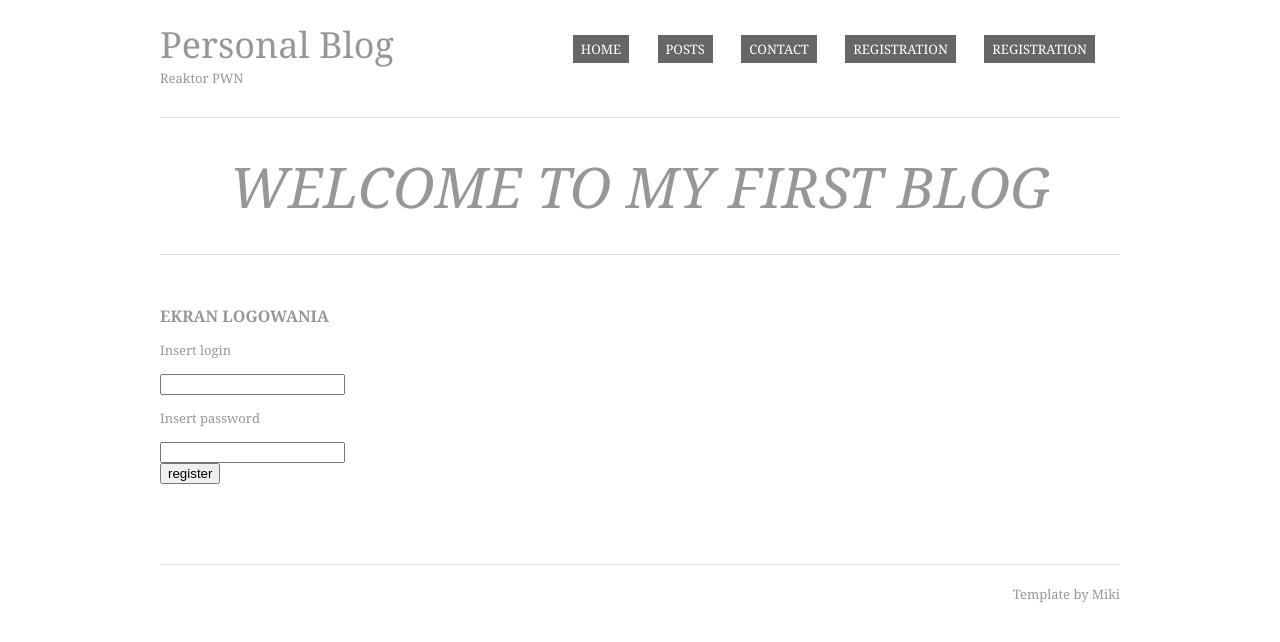
Repository: AnnaPolatynska/SpringCwiczenia
Page: http://localhost/loginForm
An editor plug-in stored every save of this project. The page is shown before and after the next save, followed by the edit.
The browser window is 1280 px wide. The pictures show the whole page.
The page is this project's Thymeleaf template; nobody is signed in. The template is opened directly, without the code that normally fills it, so the values that code supplies are empty.

Above is the page before, as saved 2017-08-30 10:56:11.

### D-MVC-JAR/src/main/resources/templates/loginForm.html
 <!DOCTYPE html>
<html lang="en" dir="ltr" xmlns:th="http://www.thymeleaf.org">
<head>
<title>Save Register</title>
<meta charset="iso-8859-1" />
<link rel="stylesheet" href="layout.css" type="text/css" />
</head>
<body>
<div class="wrapper row1">
  <header id="header" class="clear">
    <div id="hgroup">
      <h1><a href="#">Personal Blog</a></h1>
      <h2>Reaktor PWN</h2>
    </div>
    <nav>
      <ul>
        <li><a href="/">Home</a></li>
        <li><a href="/blog">Posts</a></li>
        <li><a href="/contact">Contact</a></li>
        <li><a href="/registration">Registration</a></li>
         <li><a href="/registration">Registration</a></li>
      </ul>
    </nav>
  </header>
</div>
<!-- content -->
<div class="wrapper row2">
  <div id="container" class="clear">
    <!-- content body -->
    <section id="shout">
      <h1>Welcome to my first Blog</h1>
    </section>
    <!-- main content -->
    <section id="services" class="clear">
      <!-- article 1 -->
 		<h1>Ekran logowania</h1>

 		<form th:action="@{/saveRegister}" method="post" th:object="${reg}">
			<p> Insert login </p>
			<input type="text" th:field="*{login}" /> <br/>
			<p> Insert password </p>
			<input type="text" th:field="*{passwd}"/> <br/>

			<input type="submit" value="register"/>
		</form>

    </section>
    <!-- / content body -->
  </div>
</div>
<!-- footer -->
<div class="wrapper row3">
  <footer id="footer" class="clear">
    <p class="fl_right">Template by Miki</p>
  </footer>
</div>
</body>
</html>

### D-MVC-JAR/src/main/resources/static/layout.css
html{overflow-y:scroll;} /* Forces a scrollbar when the viewport is larger than the websites content - CSS3 */

body{margin:0; padding:0; font-size:13px; font-family:Georgia, "Times New Roman", Times, serif; color:#979797; background-color:#FFFFFF;}

.clear:after{content:"."; display:block; height:0; clear:both; visibility:hidden; line-height:0;}
.clear{display:block; clear:both;}
html[xmlns] .clear{display:block;}
* html .clear{height:1%;}

a{outline:none; text-decoration:none;}

code{font-weight:normal; font-style:normal; font-family:Georgia, "Times New Roman", Times, serif;}

.fl_left{float:left;}
.fl_right{float:right;}

img{margin:0; padding:0; border:none; line-height:normal; vertical-align:middle;}
.imgholder, .imgl, .imgr{padding:4px; border:1px solid #D6D6D6; text-align:center;}
.imgl{float:left; margin:0 15px 15px 0; clear:left;}
.imgr{float:right; margin:0 0 15px 15px; clear:right;}

/*----------------------------------------------HTML 5 Overrides-------------------------------------*/

address, article, aside, figcaption, figure, footer, header, nav, section{display:block; margin:0; padding:0;}

q{display:block; padding:0 10px 8px 10px; color:#979797; background-color:#ECECEC; font-style:italic; line-height:normal;}
q:before{content:'� '; font-size:26px;}
q:after{content:' �'; font-size:26px; line-height:0;}

/* ----------------------------------------------Wrapper-------------------------------------*/

div.wrapper{display:block; width:960px; margin:0 auto; padding:0; text-align:left;}

.row1, .row1 a{color:#979797; background-color:#FFFFFF;}
.row2{color:#979797; background-color:#FFFFFF;}
.row2 a{color:#FF9900; background-color:#FFFFFF;}
.row3{border-top:1px solid #DEDEDE;}
.row3, .row3 a{color:#979797; background-color:#FFFFFF;}

/*----------------------------------------------Generalise-------------------------------------*/

#header, #container, #footer{display:block; width:960px;}

nav ul{margin:0; padding:0; list-style:none;}

h1, h2, h3, h4, h5, h6{margin:0; padding:0; font-size:16px; font-weight:bold; font-style:normal; line-height:normal; text-transform:uppercase;}

address{font-style:normal;}

blockquote, q{display:block; padding:8px 10px; color:#979797; background-color:#ECECEC; font-style:italic; line-height:normal;}
blockquote:before, q:before{content:'� '; font-size:26px;}
blockquote:after, q:after{content:' �'; font-size:26px; line-height:0;}

.one_third, .two_third, .three_third{display:block; float:left; margin:0 30px 0 0;}
.one_third{width:300px;}
.two_third{width:630px;}
.three_third{width:960px; float:none; margin-right:0; clear:both;}
.lastbox{margin-right:0;}

/*----------------------------------------------Header-------------------------------------*/

#header{}

#header #hgroup{padding:20px 0 0 0; float:left;}
#header #hgroup h1, #header #hgroup h2{font-weight:normal; text-transform:none;}
#header #hgroup h1{font-size:36px;}
#header #hgroup h2{font-size:13px;}

#header nav{display:block; float:right; margin:20px 0 0 0; padding:20px 0;}
#header nav ul{}
#header nav li{display:inline; margin-right:25px; text-transform:uppercase;}
#header nav li.last{margin-right:0;}
#header nav li a{padding:5px 8px; color:#FFFFFF; background-color:#666666;}
#header nav li a:hover{color:#FF9900; background-color:#FFFFFF;}

/*----------------------------------------------Content Area-------------------------------------*/

#container{padding:30px 0;}
#container section{display:block; width:100%; margin:0 0 30px 0; padding:0;}
#container .last{margin:0;}
#container .more{text-align:right;}

/* ------Shout-----*/

#container #shout{margin-bottom:50px; padding:30px 0; border-top:1px solid #DEDEDE; border-bottom:1px solid #DEDEDE;}
#container #shout h1{font-size:56px; font-weight:normal; font-style:italic; text-transform:uppercase; text-align:center;}
#container #shout p{font-size:16px; margin-bottom:0; padding-bottom:0; line-height:1.8em;}

/* ------services-----*/

#container #services{margin-bottom:50px; line-height:1.6em;}
#container #services article{}
#container #services article h2{font-size:14px; margin-bottom:15px;}
#container #services article p{margin:0; padding:0;}
#container #services article img{float:left; width:80px; height:80px; margin:0 10px 10px 0; padding:4px; border:1px solid #DEDEDE;}
#container #services article footer{margin:10px 0 0 0;}

/*----------------------------------------------Footer-------------------------------------*/

#footer{padding:20px 0;}
#footer p{margin:0; padding:0;}

After the next save:
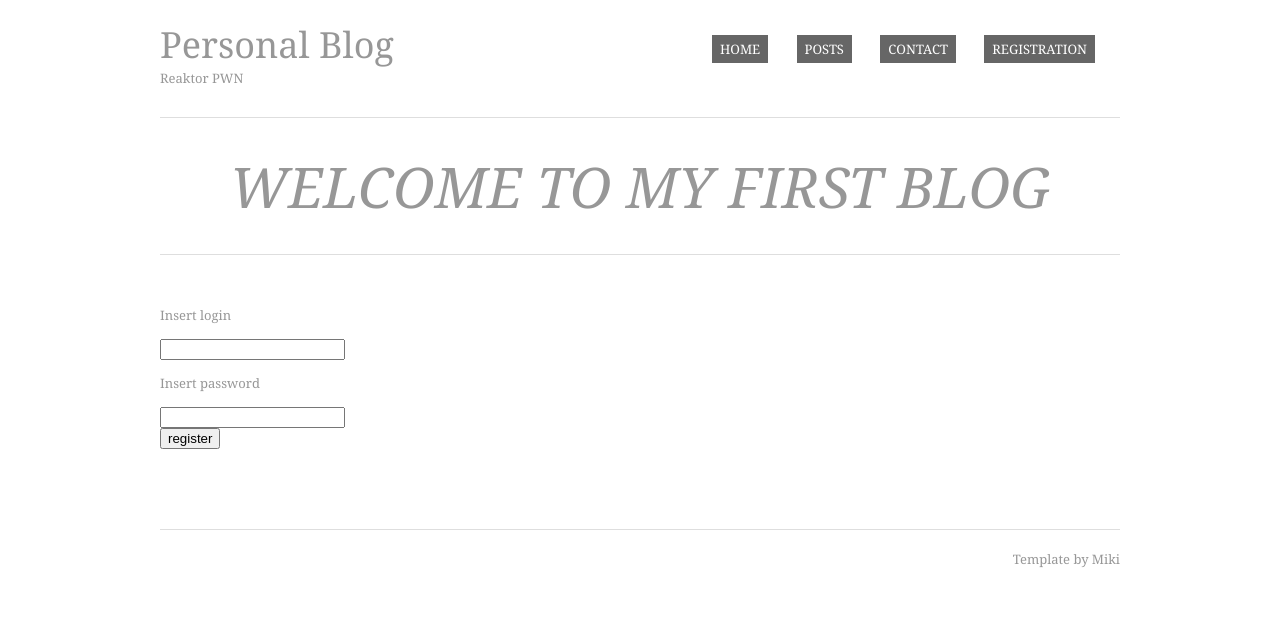
Saved 27 s later.
--- a/D-MVC-JAR/src/main/resources/templates/loginForm.html
+++ b/D-MVC-JAR/src/main/resources/templates/loginForm.html
@@ -14,11 +14,10 @@
     </div>
     <nav>
       <ul>
-        <li><a href="/">Home</a></li>
+        <li><a href="#">Home</a></li>
         <li><a href="/blog">Posts</a></li>
         <li><a href="/contact">Contact</a></li>
         <li><a href="/registration">Registration</a></li>
-         <li><a href="/registration">Registration</a></li>
       </ul>
     </nav>
   </header>
@@ -33,8 +32,6 @@
     <!-- main content -->
     <section id="services" class="clear">
       <!-- article 1 -->
- 		<h1>Ekran logowania</h1>
-
  		<form th:action="@{/saveRegister}" method="post" th:object="${reg}">
 			<p> Insert login </p>
 			<input type="text" th:field="*{login}" /> <br/>
